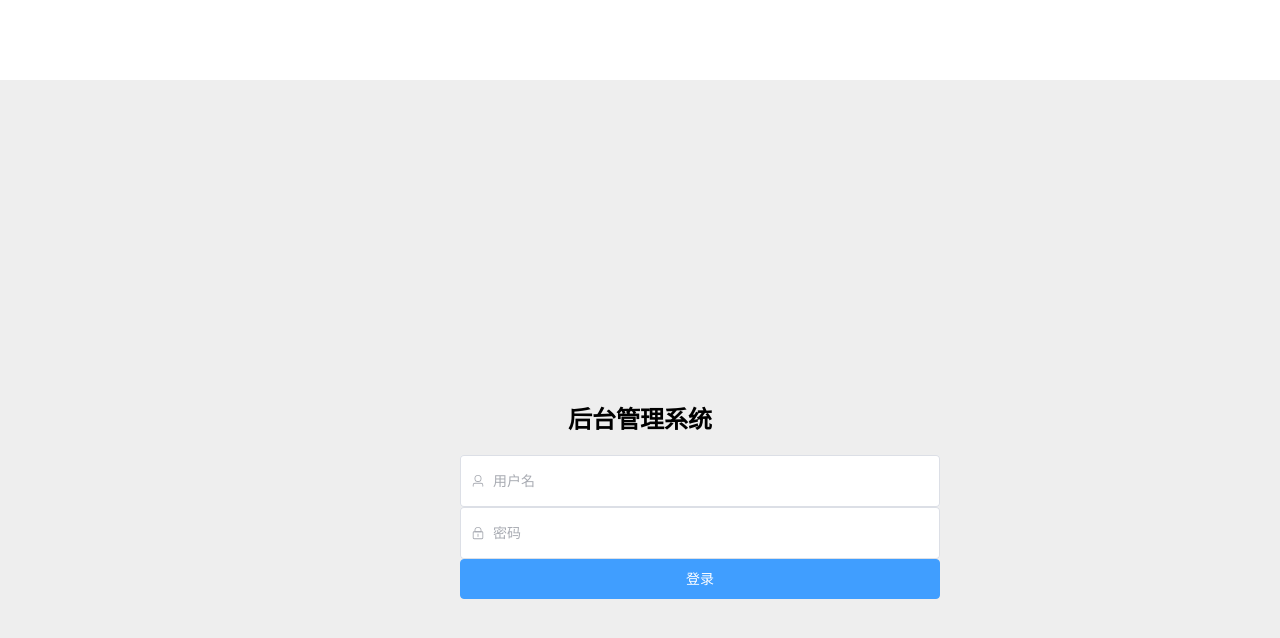
Repository: secret47/test-office-demo
Page: /
The author's editor kept a copy of each file at every save. The page is drawn from the files as they stood at one save, then again after the next save.
The browser window is 1280 px wide. The pictures show the whole page.
The project was rebuilt for these pictures with package versions that can differ from the ones it lists, and the page was loaded fresh each time. Also part of the build but not shown: vite.config.js.

Above is the page before, as saved 2024-10-28 11:50:47.

### src/main.js
import { createApp } from 'vue'
import '@/style/main.scss'
import App from './App.vue'
import router from './router'

import lang from "./local"


import ElementPlus from "element-plus";
import 'element-plus/dist/index.css'
import * as ElementPlusIconsVue from '@element-plus/icons-vue'

const app = createApp(App);

for (const [key, component] of Object.entries(ElementPlusIconsVue)) {
    app.component(key, component)
}

app.use(lang)
app.use(ElementPlus)
app.use(router)
app.mount('#app')

### src/style/main.scss
*{
    padding: 0;
    margin: 0;
}
html,body{
    width:100%;
    height: 100%;
    background: #eee;
}
#app{
    width: 100%;
    height: 100%;
}

### src/router/index.js
import { createRouter, createWebHistory } from 'vue-router'


const routes = [
    {
        path: '/',
        name: 'Login',
        component: () => import('@/views/login.vue'),
    },
    // 其他路由...
]

const router = createRouter({
    history: createWebHistory(),
    routes
})

export default router

### src/local/index.js
import { createI18n } from "vue-i18n";

import message from "./language"
const i18n = createI18n({
    locale: "zh",
    fallbackLocale: "zh",
    messages: message
})

export default i18n;

### src/views/login.vue
<template>
    <div class="login">
        <div class="header">
            <div class="logo"></div>
            <div class="language"></div>
        </div>
        <div class="loginBox">
            <div class="title">
                {{ $t('title') }}
            </div>
            <el-form :model="userInfo" label-width="120px">
                <el-form-item>
                    <el-input v-model="userInfo.username" :placeholder="$t('username')" prefix-icon="user" />
                </el-form-item>
                <el-form-item>
                    <el-input v-model="userInfo.password" :placeholder="$t('password')" type="password" show-password
                        prefix-icon="lock" />
                </el-form-item>
                <el-form-item>
                    <el-button type="primary" long  class="logBtn">{{ $t('login') }}</el-button>
                </el-form-item>
            </el-form>
        </div>
    </div>
</template>
<script setup>
import { reactive, ref } from 'vue'
const userInfo = reactive({
    username: "",
    password: ""
})
</script>
<style lang="scss" scoped>
.header {
    width: 100%;
    height: 80px;
    background: #ffffff;
}

.loginBox {
    width: 600px;
    /* 调整为更合理的宽度 */
    margin: 300px auto 0;
    padding: 20px;

    .title {
        font-size: 24px;
        font-weight: 700;
        text-align: center;
        margin-bottom: 20px;
    }

    .logBtn{
        width:100%;
        height: 40px;
    }
}

/* 使用 ::v-deep 来穿透 scoped 作用域 */
.loginBox ::v-deep .el-input__inner {
    height: 50px;
    /* 调整为更合理的高度 */
    width: 100%;
    /* 宽度设置为100%，填满父容器 */

}
</style>

### src/local/language/index.js
import zh from "./zh"
import en from "./en"

export default {
    ...en,
    ...zh
}

### src/local/language/zh.js
export default{
    zh:{
        title:"后台管理系统",
        login:"登录",
        username:"用户名",
        password:"密码",
        remember:"记住密码",
        forget:"忘记密码",
    }
}

### src/local/language/en.js
export default{
    en:{
        title:"system management"
    }
}

Loaded but not shown: index.html (common file); src/App.vue (common file)

After the next save:
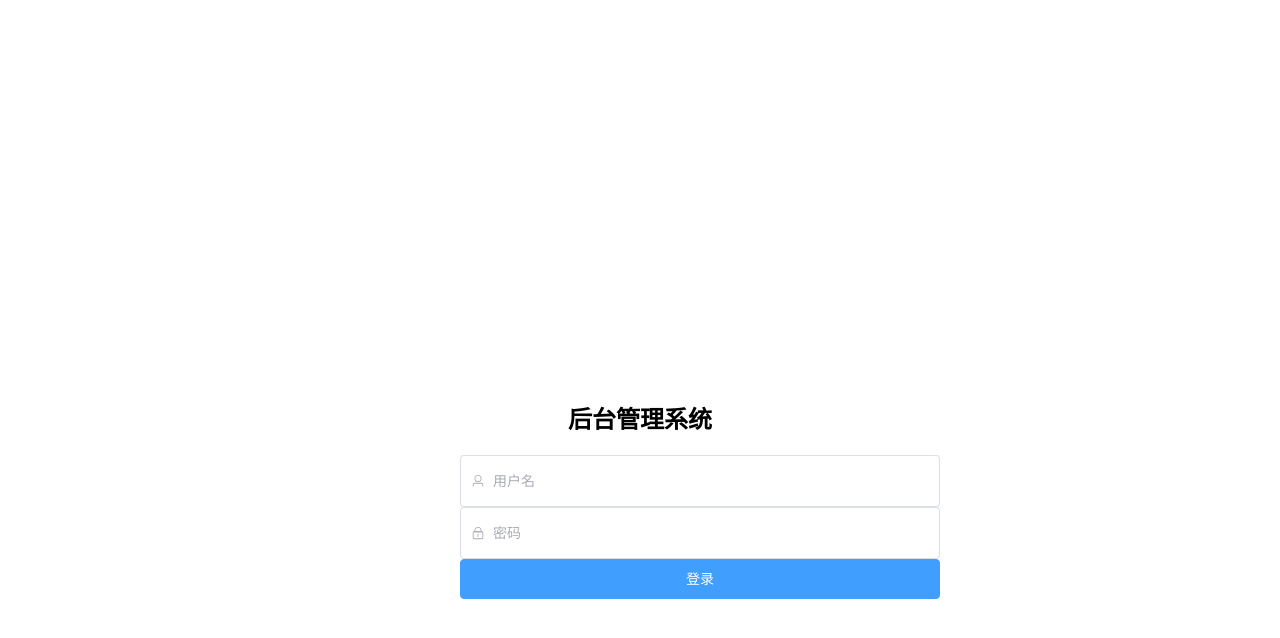
Saved 105 min 12 s later.
--- a/src/style/main.scss
+++ b/src/style/main.scss
@@ -5,7 +5,7 @@
 html,body{
     width:100%;
     height: 100%;
-    background: #eee;
+    // background: #eee;
 }
 #app{
     width: 100%;
